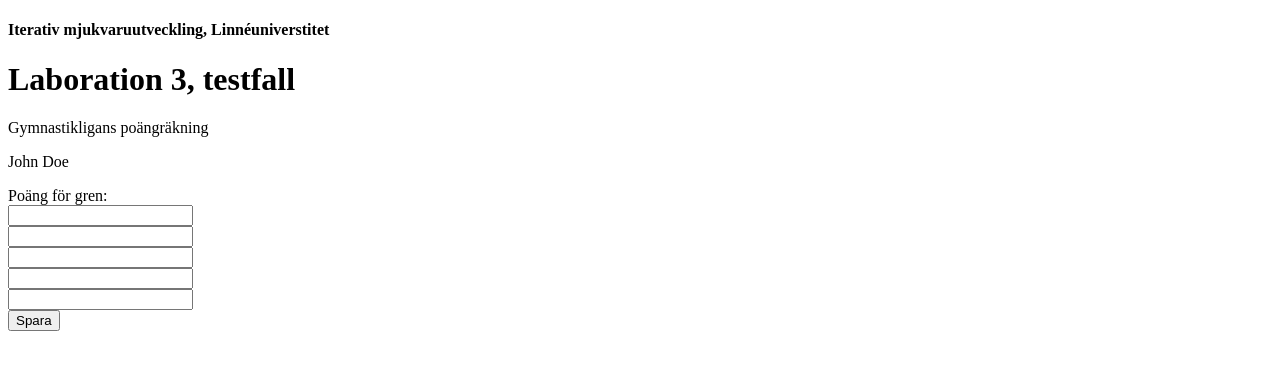
Repository: Holmewi/1dv404-jh222qr-laborationer
Page: Lab 3/index.html
The author's editor kept a record of every edit. The page is drawn from the files as they stood at one moment, then again after the next edit.
The browser window is 1280 px wide. The pictures show the whole page.

Above is the page before.
Console error: SyntaxError: Unexpected token ']'

### Lab 3/index.html
<!DOCTYPE HTML>
<html lang="sv">

<head>
    <meta charset="utf-8" />
    <title>1DV404 - Laboration 1, uppgift 3a</title>
</head>

<body>
    <h4>Iterativ mjukvaruutveckling, Linnéuniverstitet</h4>
    <h1>Laboration 3, testfall</h1>
    <p>Gymnastikligans poängräkning</p>

    <p>John Doe</p>
    <section id="gymnastList">
        Poäng för gren:<br />
        <input type="text" id="p1" class="point"><br />
        <input type="text" id="p2" class="point"><br />
        <input type="text" id="p3" class="point"><br />
        <input type="text" id="p4" class="point"><br />
        <input type="text" id="p5" class="point"><br />
        <input type="submit" id="submit" value="Spara">
    </section>

    <script src="js/Gymnast.js"></script>
    <script src="js/Team.js"></script>
    <script src="js/main.js"></script>


</body>
</html>

### Lab 3/js/Gymnast.js
"use strict";

function Gymnast(name, id){
    var score = 0;

    this.getName = function() { return name; };
    this.setName = function(_name) { name = _name };
    this.getId = function() { return id; };
    this.setId = function(_id) { id = _id };
    this.getScore = function() { return score; };
    this.setScore = function(_score) { score = _score };

    this.setName(name);
    this.setId(id);
    this.setScore(id);
}

Gymnast.prototype.point = function(mediumScoreArray) {
    console.log(mediumScoreArray);


    this.getScore = function() { return gymnastMediumScore; };
    this.setScore = function(_score) { gymnastMediumScore = _score };

    this.setName(gymnastMediumScore);

    //return gymnastMediumScore;
};

### Lab 3/js/Team.js
"use strict";

function Team(teamName, teamId, amount){
    this.getName = function() { return teamName; };
    this.setName = function(_name) { teamName = _name };
    this.getId = function() { return teamId; };
    this.setId = function(_id) { teamId = _id };
    this.getAmount = function() { return amount };
    this.setAmount = function(_amount) { amount = _amount };

    this.setName(teamName);
    this.setId(teamId);
    this.setAmount(amount);
}

Team.prototype.gymnasts = function(gymnasts) {
    console.log(this.getCount);

    this.getCount;

    this.getGymnasts = function() { return gymnasts[this.getCount]; };
    this.setGymnasts = function(_gymnasts) { gymnasts[this.getCount] = _gymnasts };

    this.setGymnasts(gymnasts[this.getCount]);

    console.log(gymnasts);

},

Team.prototype.teamPnts = function(teamPnt) {
    this.getTeamPnt = function() { return teamPnt; };
    this.setTeamPnt = function(_teamPnt) { teamPnt = _teamPnt };

    this.setTeamPnt(teamPnt);
};

Team.prototype.teamTotalPnts = function(teamAddedPnts) {
    this.getTeamTotalPnts = function() { return teamAddedPnts; };
    this.setTeamTotalPnts = function(_teamAddedPnts) { teamAddedPnts = _teamAddedPnts };

    this.setTeamTotalPnts(teamAddedPnts);
};

Team.prototype.teamLeaguePnts = function(teamTotalPnts) {
    this.getTeamLeaguePnts = function() { return teamTotalPnts; };
    this.setTeamLeaguePnts = function(_teamTotalPnts) { teamTotalPnts = _teamTotalPnts };

    this.setTeamLeaguePnts(teamTotalPnts);
};

### Lab 3/js/main.js
"use strict";

var Main = {
    gymnasts : [],
    teams : [],
    teamPnts : [],
    numberOfGymnasts : 1,
    numberOfTeams : 2,
    id : 0,
    teamId : 0,
    gymnast : {},
    team : {},
    count : 0,

    init : function(){
        Main.gymnastScoreInput();
    },

    gymnastScoreInput : function(){
        var name;
        var teamName;
        var form = document.getElementById("inputScore");


        for(var i = 1; i <= Main.numberOfTeams; i += 1){
            Main.teamId += 1;
            teamName = "Team-ID " + Main.teamId;

            //Main.gymnasts = [];
            var section = document.createElement("section");
            var h4 = document.createElement("h4");
            form.appendChild(section);
            section.appendChild(h4);




            for(var j = 1; j <= Main.numberOfGymnasts; j += 1){
                Main.id += 1;
                name = "Player-ID " + Main.id;


                var div = document.createElement("div");
                var p = document.createElement("p");
                section.appendChild(div);
                div.appendChild(p);

                Main.gymnast = new Gymnast(name, Main.id);
                Main.gymnasts.push(Main.gymnast);



                Main.count += 1;

                p.innerHTML = Main.gymnast.getName();

                for(var k = 1; k <= 5; k += 1){

                    var input = document.createElement("input");
                    input.setAttribute('type','text');
                    input.setAttribute('id', 'id' + Main.id + 'p' + k);
                    input.setAttribute('class', 'pointInputId' + Main.id);
                    div.appendChild(input);

                }

            }
            //Team.prototype.gymnasts(Main.gymnasts);
            //console.log(Team.prototype.getGymnasts());
            Main.team = new Team(teamName, Main.teamId, Main.numberOfGymnasts, Main.gymnasts);
            Main.teams.push(Main.team);
            console.log(Main.team.getName());
            Main.gymnasts = [];

            h4.innerHTML = Main.team.getName();
        }


        var divBottom = document.createElement("div");
        var submit = document.createElement("input");
        submit.type = "button";
        submit.setAttribute('value', 'Spara');
        form.appendChild(divBottom);
        divBottom.appendChild(submit);

        submit.onclick = function(e){
            e.preventDefault();
            Main.getPointValue();
        };
    },

    getPointValue : function() {
        console.log(Main.gymnasts);
        var points = [];
        var point = +point;
        var valid = true;

        // Antal gymnaster
        for(var h = 0; h < Main.teams.length; h += 1){

            for(var i = 0; i < Main.teams[h].getGymnasts().length; i += 1){

                // Antal poäng som matas in
                if(valid === true){
                    for(var j = 1; j <= 5; j += 1){
                        // Sätter det inmatade värdet
                        point = Math.round(document.getElementById('id' + Main.teams[h].getGymnasts()[i].getId() + 'p' + j).value.replace('.',',').replace(',','.') * 100) / 100 || undefined;
                        // Kollar att det inmatade värdet är ett ogiltigt nummer

                            if(isNaN(point) && point == false){
                                console.log("ERROR: Not a valid number");
                                document.getElementById('id' + Main.teams[h].getGymnasts()[i].getId() + 'p' + j).focus();
                                // Sätter valid till falskt
                                valid = false;
                                break;
                                // Bryter loopen
                            }
                            if(point > 10 || point < 0){
                                console.log("ERROR: Not in range 0 - 10");
                                document.getElementById('id' + Main.teams[h].getGymnasts()[i].getId() + 'p' + j).focus();
                                // Sätter valid till falskt
                                valid = false;
                                break;
                                // Bryter loopen
                            } else {
                                document.getElementById('id' + Main.teams[h].getGymnasts()[i].getId() + 'p' + j).disabled = true;
                                console.log("VALID");
                                valid = true;
                            }
                    }
                } else {
                    i - 1;
                    console.log("ALERT: Change input value and try again");
                    break;
                }

            }


            if(valid === true){
                for(i = 0; i < Main.teams[h].getGymnasts().length; i += 1){
                    console.log(Main.teams[h].getGymnasts()[i].getName());

                    for(j = 1; j <= 5; j += 1){
                        point = Math.round(document.getElementById('id' + Main.teams[h].getGymnasts()[i].getId() + 'p' + j).value.replace('.',',').replace(',','.') * 100) / 100 || undefined;
                        points.push(parseFloat(point));
                    }
                    Main.calculateGymnastMediumPnt(points, h);
                    points = [];
                }
            }
            Main.viewResults(h);
        }


        console.log(points);
    },

    calculateGymnastMediumPnt : function(pointsArray, teams) {
        var gymnastAddedScore = 0;
        var gymnastMediumScore = 0;

        pointsArray.sort();
        pointsArray.reverse();
        console.log(pointsArray);

        // Tar bort den högsta och lägsta poängen
        pointsArray.splice(0, 1);
        pointsArray.splice(3, 4);
        console.log(pointsArray);

        gymnastAddedScore = pointsArray.reduce(function(a,b){return a+b;});
        console.log(gymnastAddedScore);

        gymnastMediumScore = Math.round((gymnastAddedScore / pointsArray.length) * 100) / 100;
        console.log("Gymnast Medium Score: " + gymnastMediumScore);

        //Main.gymnasts[Main.id].point = gymnastMediumScore;



        Main.teamPnts.push(gymnastMediumScore);


        if(Main.teamPnts.length === Main.numberOfGymnasts){

            Main.calculateTeamPnts(Main.teamPnts);
            Gymnast.prototype.point(Main.teamPnts);

            Main.teamPnts = [];
        }
    },

    calculateTeamPnts : function(teamPntsArray) {
        console.log("GYMNAST " + teamPntsArray);
        var teamAddedPnts = teamPntsArray.reduce(function(a,b){return a+b;});

        console.log("Team Score: " + teamAddedPnts);
        Team.prototype.teamPnts(teamAddedPnts);

        Main.calulateTeamTotalPnts(teamAddedPnts);


    },

    calulateTeamTotalPnts : function(teamAddedPnts) {
        var teamTotalPnts = Team.setTeamTotalPnts;
        teamTotalPnts = 50;         // The team competition point is set to 50 in this test
        teamTotalPnts += teamAddedPnts;

        Team.prototype.teamTotalPnts(teamTotalPnts);

        console.log("Team Total Score: " + Main.teams[].getTeamTotalPnts());

        Main.calulateTeamLeaguePnts(teamTotalPnts);
    },

    calulateTeamLeaguePnts : function(teamTotalPnts) {
        var teamLeaguePnts = 1000;      // The team league point is set to 1000 in this test
        teamLeaguePnts += teamTotalPnts;

        console.log("Team League Score: " + teamLeaguePnts);

        Team.prototype.teamLeaguePnts(teamLeaguePnts);
    },

    viewResults : function(id) {
        var form = document.getElementById("inputScore");
        var section = document.createElement("section");
        var hr = document.createElement("hr");
        form.appendChild(section);

            var div = document.createElement("div");
            var h3 = document.createElement("h3");
            section.appendChild(div);

            div.appendChild(h3);

            h3.innerHTML = Main.teams[id].getName();

            console.log(Main.team.getAmount());

            for(var j = 0; j < Main.team.getAmount(); j += 1){
                var p = document.createElement("p");
                div.appendChild(p);
                //p.innerHTML = Main.teams[i].gymnasts[j].getName() + ": ";




                p.innerHTML = Main.teams[id].getGymnasts()[j].getName() + " : ";
                console.log(Gymnast.prototype.point[j]);
                p.innerHTML += Main.teams[id].getGymnasts()[j].getScore()[j];
            }

            var teamScore = document.createElement("p");
            var teamTotalScore = document.createElement("p");
            var teamLeagueScore = document.createElement("p");

            div.appendChild(teamScore);
            div.appendChild(teamTotalScore);
            div.appendChild(teamLeagueScore);
            div.appendChild(hr);

            teamScore.innerHTML = "Lagets poäng i gren: " + Main.teams[id].getTeamPnt();
            teamTotalScore.innerHTML = "Lagets poäng i tävling: " + Main.teams[id].getTeamTotalPnts();
            teamLeagueScore.innerHTML = "Lagets poäng i Ligan: " + Main.teams[id].getTeamLeaguePnts();

    }

};

window.onload = function() {
    Main.init();
};

After the next edit:
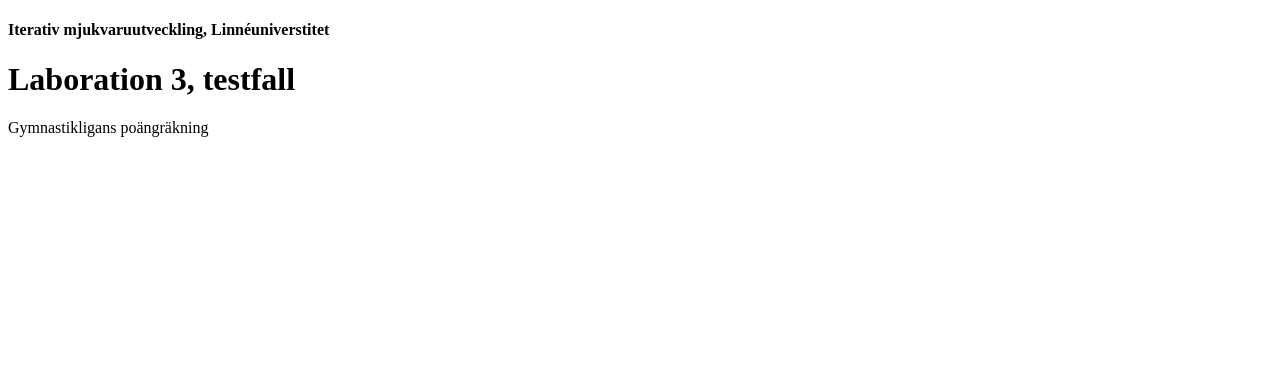
The error is gone.
The edit:
--- a/Lab 3/index.html
+++ b/Lab 3/index.html
@@ -11,8 +11,9 @@
     <h1>Laboration 3, testfall</h1>
     <p>Gymnastikligans poängräkning</p>
 
-    <p>John Doe</p>
     <section id="gymnastList">
+
+        <!--
         Poäng för gren:<br />
         <input type="text" id="p1" class="point"><br />
         <input type="text" id="p2" class="point"><br />
